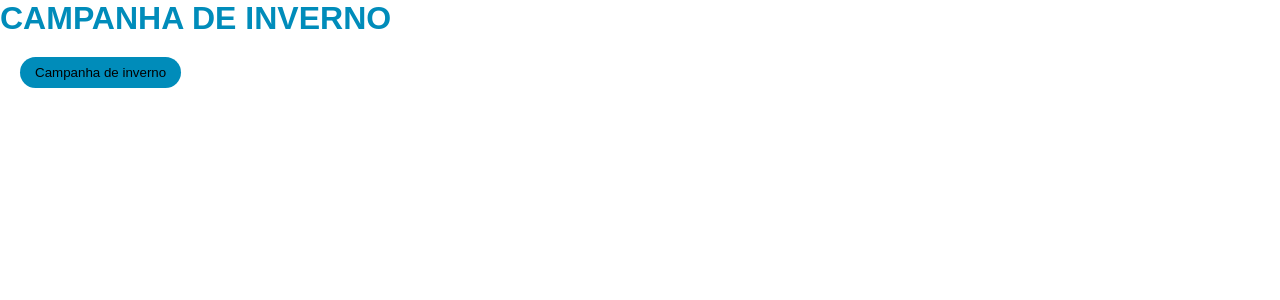
Repository: adrtrvs/qrcodeong
Page: campaignall.html
These files come from the project's save history. The page is drawn as it stood at one moment and after the next save; the edit follows.
The browser window is 1280 px wide. The pictures show the whole page.
Some web fonts or font styles are not loaded; a fallback is used.

Above is the page before, as saved 2023-05-26 09:31:41.

### campaignall.html
<!DOCTYPE html>
<html lang="pt-br">
  <head>
    <meta charset="UTF-8" />
    <meta http-equiv="X-UA-Compatible" content="IE=edge" />
    <meta name="viewport" content="width=device-width, initial-scale=1.0" />
    <link
      href="./files/logofavifinal.jpeg"
      rel="shortcut icon"
      type="image/x-icon"
    />
    <link rel="stylesheet" href="style.css" />
    <title>Campanha de inverno</title>
  </head>
  <body>
    <h1>Campanha de inverno</h1>
    <button class="buttoncampaignaj">Campanha de inverno</button>
  </body>
</html>

### style.css
@import url('https://fonts.googleapis.com/css2?family=Courgette&display=swap');
@import url('https://fonts.googleapis.com/css2?family=Indie+Flower&display=swap');
@import url('https://fonts.googleapis.com/css2?family=Cuprum:wght@500&display=swap');
* {
  padding: 0;
  margin: 0;
}
@keyframes animate {
  0% {
    opacity: 0;
  }

  50% {
    opacity: 1;
  }

  100% {
    opacity: 0;
  }
}

body {
  /*  background-color: #f5f5dc;*/
  background-repeat: no-repeat;
  background-size: cover;
  width: 100%;
}

header img {
  width: 100%;
}

header p {
  color: black;
  text-align: center;
  font-size: 18px;
  margin: 10px;
  font-family: 'Cuprum', sans-serif;
}

/*Botão Campaign urgente*/

/* .campaignbutton {
  text-align: center;
  margin: 20px;
}

.campaignbutton a {
  text-decoration: none;
  text-transform: uppercase;
  font-size: 2em;
  color: rgba(219, 10, 10, 0.73);
  text-align: center;
  animation: animate 2s linear infinite;
  font-family: 'Cuprum', sans-serif;
}

.bcampaign {
  padding: 8px 15px;
  border-radius: 26px;
  border: none;
  background-color: #008cba;
}

.bcampaign:hover {
  background-color: #cbf305;
  transition-duration: 0.4s;
} */

/*Fonts*/

h1,
h2,
h3 {
  color: #008cba;
  text-transform: uppercase;
  font-family: 'Cuprum', sans-serif;
}

/* Menu principal */

.menu h2 {
  background-color: #008cba;
  text-align: center;
  font-size: 18px;
  margin: 5px;
  padding: 5px;
  color: whitesmoke;
  font-family: 'Cuprum', sans-serif;
}

.menu h3 {
  font-size: 16px;
  margin-bottom: 5px;
  font-family: 'Cuprum', sans-serif;
}

/* Listas*/
ul li {
  display: flex;
  justify-content: space-between;
  padding: 16px;
  border-bottom: 1px solid rgba(0, 0, 0, 0.1);
}

/* paragrafos da lista*/
.details {
  padding: 5px;
  color: #008cba;
  font-family: 'Cuprum', sans-serif;
}

/*botão clique lista*/
._link {
  background-color: #008cba;
  border: none;
  padding: 13px 23px;
  border-radius: 26px;
  align-self: flex-start;
}

.submenu button a {
  text-decoration: none;
  font-size: 14px;
  color: whitesmoke;
  white-space: nowrap;
  font-family: 'Cuprum', sans-serif;
}

._link:hover {
  background-color: #cbf305;
  transition-duration: 0.4s;
}

/* CAMPAIGN*/

/* campaignvid {
  display: flex;
  flex-direction: column;
  align-items: center;
 */

.buttoncampaignaj {
  padding: 8px 15px;
  border-radius: 26px;
  border: none;
  background-color: #008cba;
  margin: 20px;
}

.buttoncampaignaj a {
  text-decoration: none;
  text-transform: uppercase;
  font-size: 2em;
  color: whitesmoke;
  animation: animate 3s linear infinite;
}

.buttoncampaignaj:hover {
  background-color: #4caf50;
  transition-duration: 0.4s;
}

.titlecampaing {
  text-align: center;
  color: rgba(0, 0, 0, 0.9);
}

.campaigndescription {
  font-size: 16px;
  color: rgba(0, 0, 0, 0.8);
  padding: 16px;
  text-align: center;
  justify-content: space-between;
}

.botaocomprov {
  background-color: #4caf50;
  border: none;
  padding: 13px 23px;
  border-radius: 26px;
}
.botaocomprov:hover {
  background-color: #cbf305;
  transition-duration: 0.4s;
}
.botaocomprov a {
  text-decoration: none;
  font-size: 14px;
  color: whitesmoke;
  white-space: nowrap;
  font-family: 'Cuprum', sans-serif;
}
/* PIX ONG  */
._pix {
  color: black;
  padding: 20px;
  text-align: center;
}
.qrcodepixong {
  display: flex;
  flex-direction: column;
  align-items: center;
  background-color: whitesmoke;
}
.qrcodepixong img {
  max-width: -webkit-fill-available;
}
/* TROCO SOLIDÁRIO */

div.trocorockn {
  display: flex;
  flex-direction: column;
  align-items: center;
  background-color: whitesmoke;
}
.trocorockn img {
  max-width: -webkit-fill-available;
}
.ultroco li {
  text-align: center;
  font-family: 'Cuprum', sans-serif;
  color: #008cba;
}

After the next save:
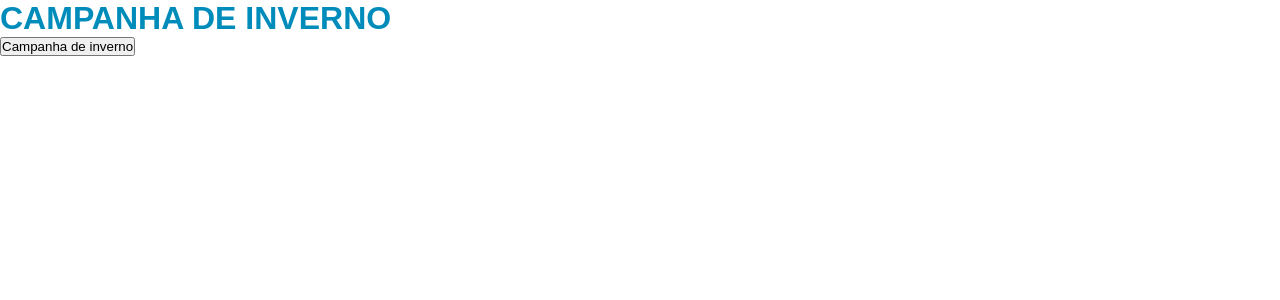
Saved 38 s later.
--- a/style.css
+++ b/style.css
@@ -140,7 +140,7 @@ ul li {
   align-items: center;
  */
 
-.buttoncampaignaj {
+/* .buttoncampaignaj {
   padding: 8px 15px;
   border-radius: 26px;
   border: none;
@@ -172,7 +172,7 @@ ul li {
   padding: 16px;
   text-align: center;
   justify-content: space-between;
-}
+} */
 
 .botaocomprov {
   background-color: #4caf50;
